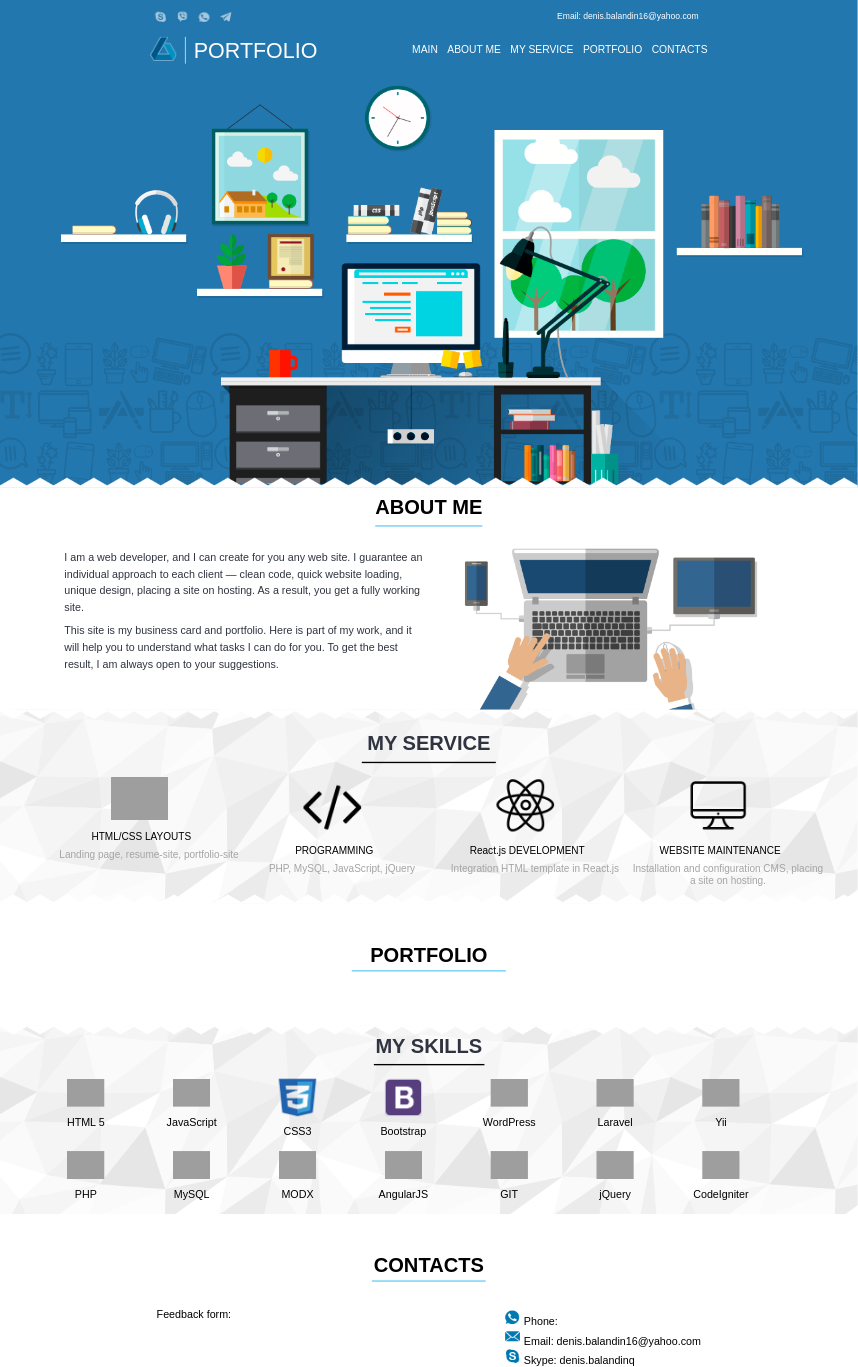
Repository: DenisBalandin/Portfolio
Page: /
The author's editor kept a copy of each file at every save. The page is drawn from the files as they stood at one save, then again after the next save.
The browser window is 1280 px wide. The pictures show the whole page, at 67% of full size.
Pictures or frames that could not be fetched are drawn as grey boxes. The page's requests for data from a server got no answer. The project was rebuilt for these pictures with package versions that can differ from the ones it lists, and the page was loaded fresh each time. No one was signed in, and anything a server would have sent is missing. Also part of the build but not shown: src/ItemPage.js.

Above is the page before, as saved 2020-03-08 12:34:26.

After the next save:
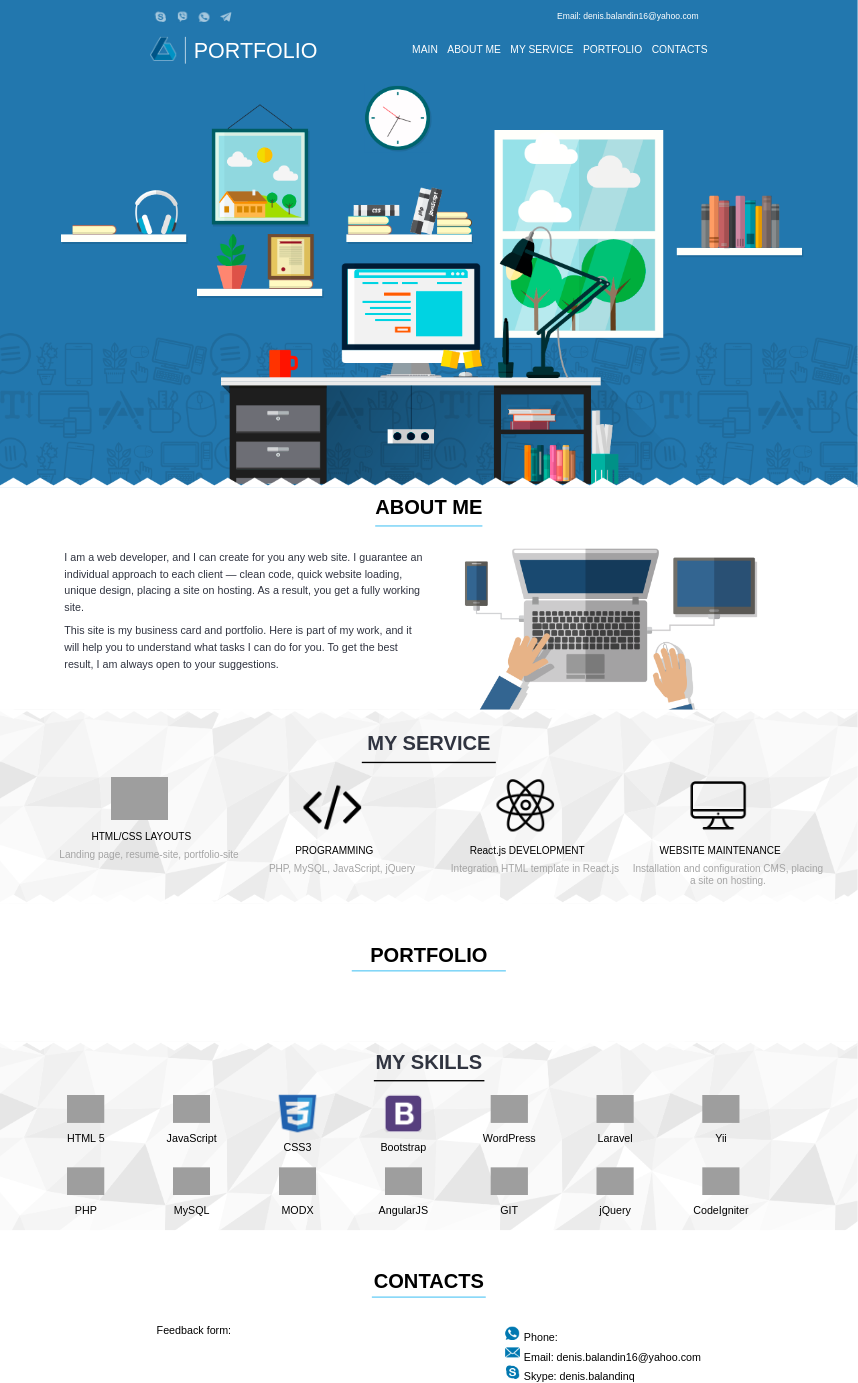
Saved 76 s later.
--- a/src/style.scss
+++ b/src/style.scss
@@ -294,7 +294,7 @@
 }
 #portfolio{
     max-width: 1200px;
-    margin: 0 auto 40px auto;
+    margin: 0 auto 5% auto;
     display: flex;
     flex-direction:row;
     flex-wrap: wrap;
